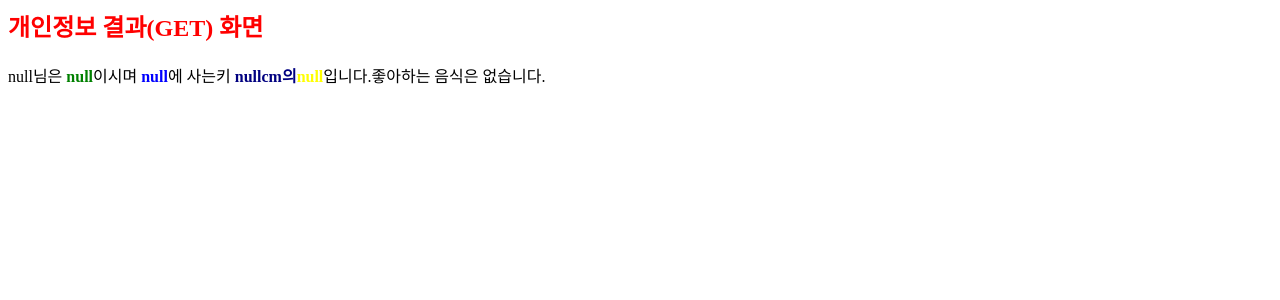
Repository: chuhj1226/servlet
Page: http://localhost/1_Servlet/test1
An editor plug-in stored every save of this project. The page is shown before and after the next save, followed by the edit.
The browser window is 1280 px wide. The pictures show the whole page.
The page is served by Tomcat 9.

Above is the page before, as saved 2021-10-04 10:51:27.

After the next save:
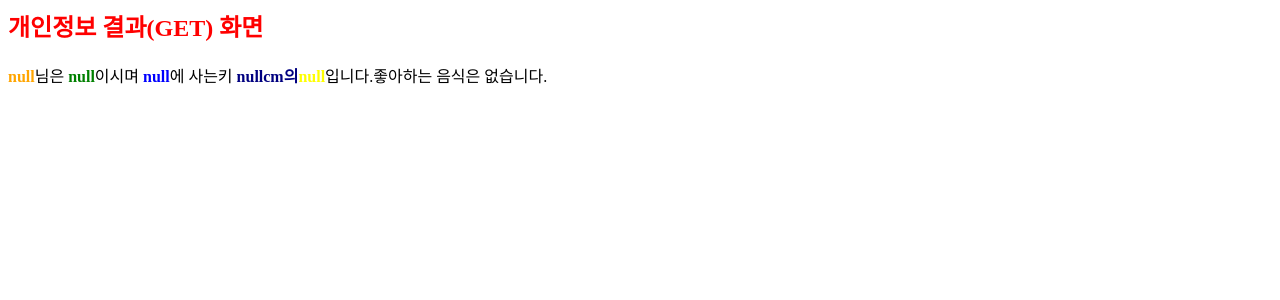
Saved 3 min 3 s later.
--- a/workspace/1_Servlet/src/com/kh/controller/TestServlet1.java
+++ b/workspace/1_Servlet/src/com/kh/controller/TestServlet1.java
@@ -77,7 +77,7 @@ public class TestServlet1 extends HttpServlet {
 		out.println("<head>");
 		out.println("<title>개인정보 출력화면</title>");
 		out.println("<style>");
-		out.println("h2{color:red}; ");
+		out.println("h2{color:red;} ");
 		out.println("span.name{color:orange; font-weight:bold;}");
 		out.println("span.gender{color:yellow; font-weight:bold;}");
 		out.println("span.age{color:green; font-weight:bold;}");
